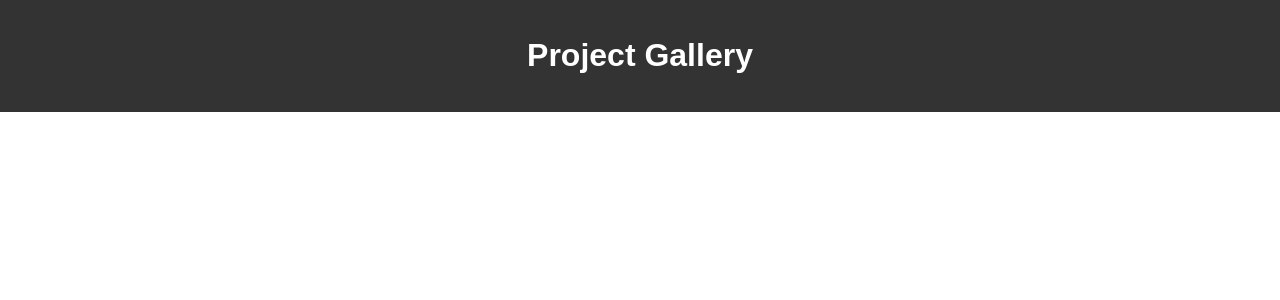
Repository: KooshaPari/BytePort-TestPortfolio
Page: public/index.html
An editor plug-in stored every save of this project. The page is shown before and after a run of saves, followed by the edit.
The browser window is 1280 px wide. The pictures show the whole page.
The page's requests for data from a server got no answer.

Above is the page before, as saved 2024-11-26 00:27:23.

After the next 2 saves:
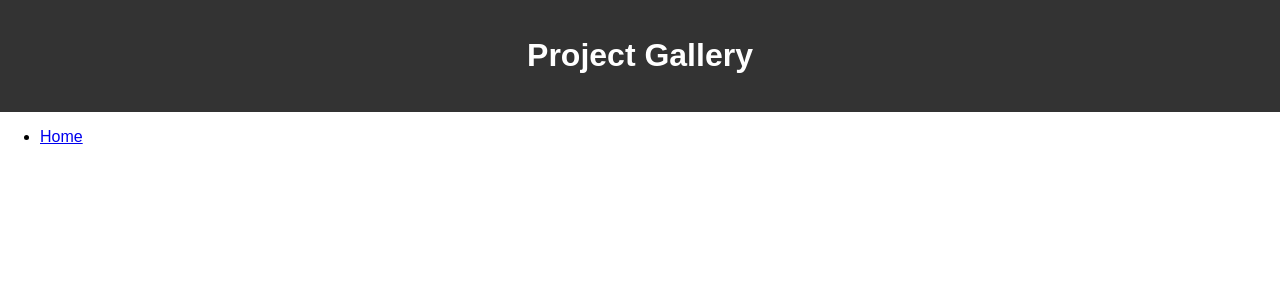
The 2 saves are shown as one change because they came seconds apart.
The last was saved 8 s later.
--- a/public/index.html
+++ b/public/index.html
@@ -1,18 +1,23 @@
 <!DOCTYPE html>
 <html lang="en">
-<head>
-    <meta charset="UTF-8">
-    <meta name="viewport" content="width=device-width, initial-scale=1.0">
-    <title>Project Gallery</title>
-    <link rel="stylesheet" href="style.css">
-</head>
-<body>
-    <header>
-        <h1>Project Gallery</h1>
-    </header>
-    <main id="gallery">
-        <!-- Projects will be dynamically loaded here -->
-    </main>
-    <script src="script.js"></script>
-</body>
+	<head>
+		<meta charset="UTF-8" />
+		<meta name="viewport" content="width=device-width, initial-scale=1.0" />
+		<title>Project Gallery</title>
+		<link rel="stylesheet" href="style.css" />
+	</head>
+	<body>
+		<header>
+			<h1>Project Gallery</h1>
+		</header>
+		<nav>
+			<ul>
+				<li><a href="/">Home</a></li>
+			</ul>
+		</nav>
+		<main id="gallery">
+			<!-- List entries will be dynamically loaded here -->
+		</main>
+		<script src="script.js"></script>
+	</body>
 </html>
